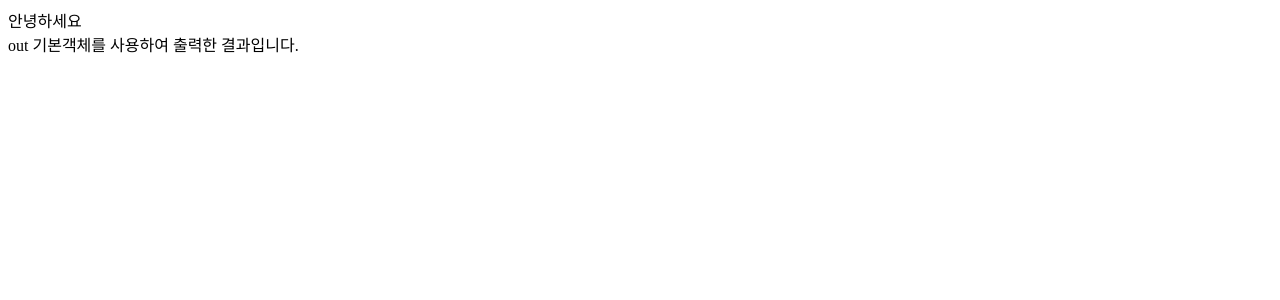
Repository: helloqu01/test
Page: http://localhost/20200324_useOutObject/useOutObject.jsp
An editor plug-in stored every save of this project. The page is shown before and after a run of saves, followed by the edit.
The browser window is 1280 px wide. The pictures show the whole page.
The page is served by Tomcat 9. Nobody is signed in. The application's start-up code is not run.

Above is the page before, as saved 2020-03-24 02:36:35.

### web/20200324_useOutObject/WebContent/useOutObject.jsp
<%@ page language="java" contentType="text/html; charset=UTF-8"
    pageEncoding="UTF-8"%>
<!DOCTYPE html>
<html>
<head>
<meta charset="UTF-8">
<title>out 기본 객체 사용 </title>
</head>
<body>
<%
	 out.print("안녕하세요");
%>
<br>
<%
	out.print("out 기본객체를 사용하여 출력한 결과입니다. ");
%>

</body>
</html>

After the next 2 saves:
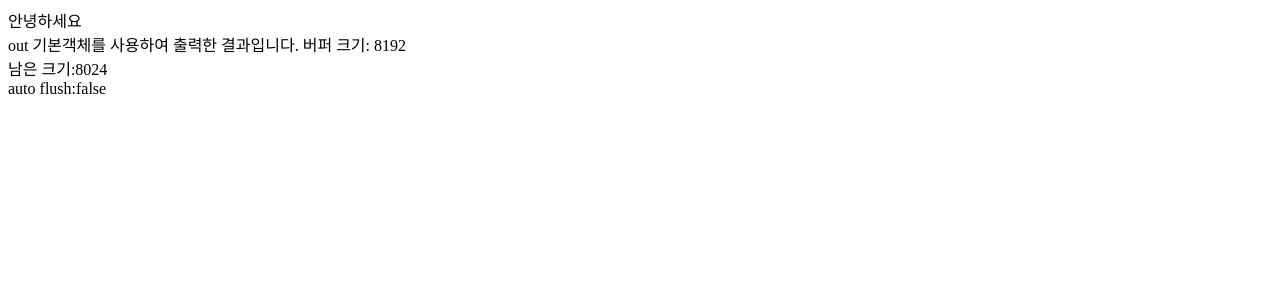
The 2 saves are shown as one change because 1 did not build or start.
The last was saved 8 min 46 s later.
--- a/web/20200324_useOutObject/WebContent/useOutObject.jsp
+++ b/web/20200324_useOutObject/WebContent/useOutObject.jsp
@@ -1,10 +1,11 @@
 <%@ page language="java" contentType="text/html; charset=UTF-8"
     pageEncoding="UTF-8"%>
+ <%@ page buffer ="8kb" autoFlush="false" %>
 <!DOCTYPE html>
 <html>
 <head>
 <meta charset="UTF-8">
-<title>out 기본 객체 사용 </title>
+<title>out 기본 객체 사용(버퍼 정) </title>
 </head>
 <body>
 <%
@@ -15,5 +16,9 @@
 	out.print("out 기본객체를 사용하여 출력한 결과입니다. ");
 %>
 
+버퍼 크기: <%= out.getBufferSize() %> <br>
+남은 크기:<%=out.getRemaining() %><br>
+auto flush:<%=out.isAutoFlush() %><br>
+
 </body>
 </html>
